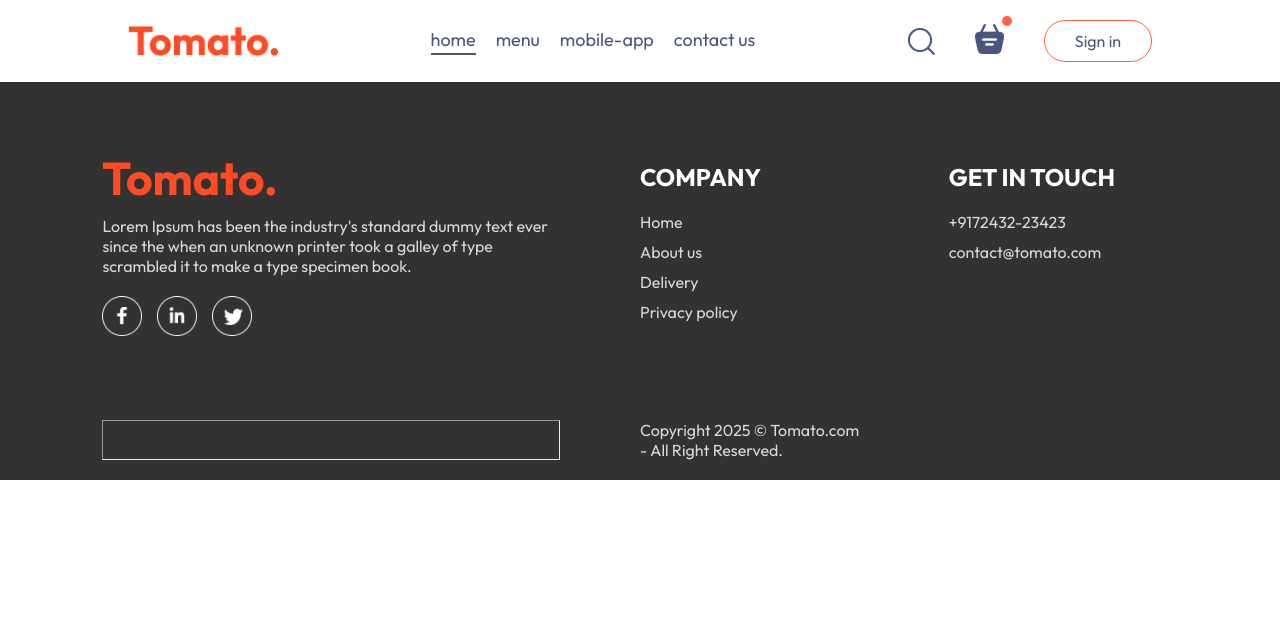
Repository: KartikChouhan03/food-delivery-app
Page: /order (app in frontend/)
These files come from the project's save history. The page is drawn as it stood at one moment and after the next save; the edit follows.
The browser window is 1280 px wide. The pictures show the whole page.
Some web fonts or font styles are not loaded; a fallback is used. The project was rebuilt for these pictures with package versions that can differ from the ones it lists, and the page was loaded fresh each time. Also part of the build but not shown: frontend/vite.config.js, frontend/src/components/Header/Header.css, frontend/src/components/Header/Header.jsx, frontend/src/components/ExploreMenu/ExploreMenu.css, frontend/src/components/ExploreMenu/ExploreMenu.jsx, frontend/src/components/FoodDisplay/FoodDisplay.css, frontend/src/components/FoodItem/FoodItem.css, frontend/src/components/FoodItem/FoodItem.jsx and 5 more.

Above is the page before, as saved 2025-08-16 11:09:46.

After the next save:
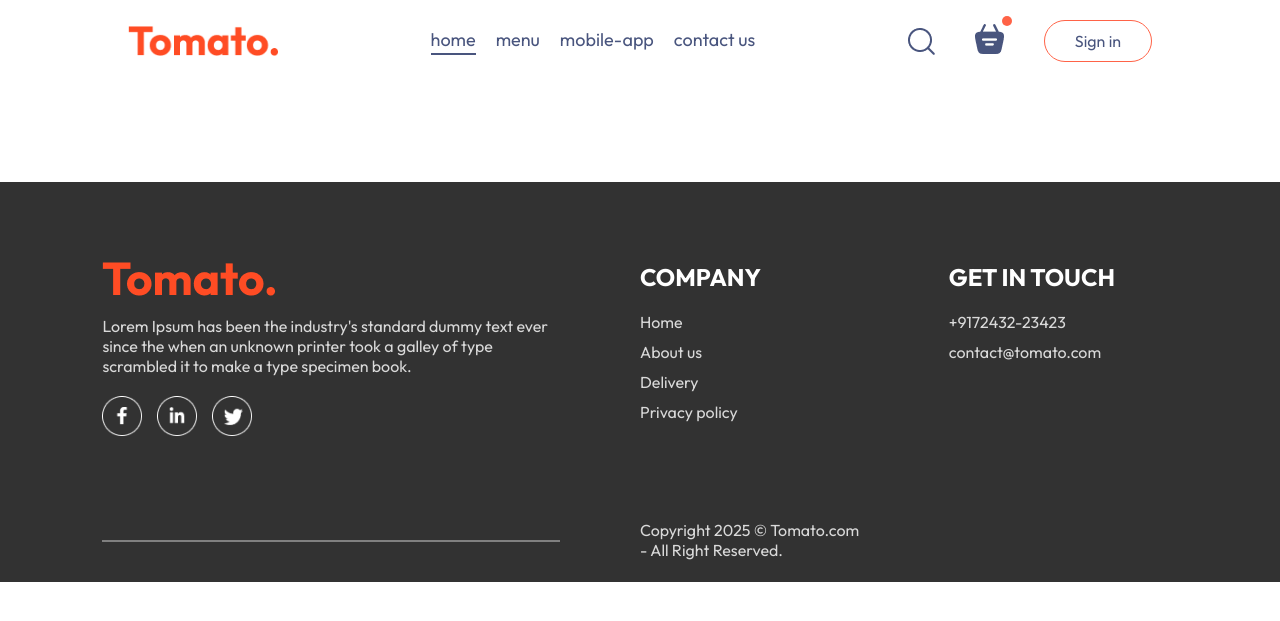
Saved 2 min 5 s later.
--- a/frontend/src/components/Footer/Footer.css
+++ b/frontend/src/components/Footer/Footer.css
@@ -7,7 +7,7 @@
     gap: 20px;
     padding: 20px 8vw;
     padding-top: 80px ;
-
+    margin-top: 100px ;
 }
 
 .footer-content{
@@ -40,3 +40,11 @@
     width: 40px;
     margin-right: 15px;
 }
+
+.footer hr{
+    width: 100%;
+    height: 2px;
+    margin: 20px 0px;
+    background-color: gray;
+    border: none;
+}
